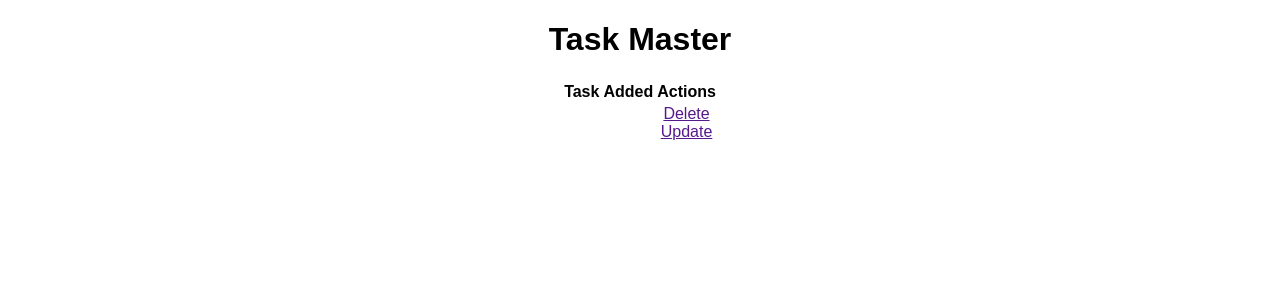
Repository: AnkurDevv/PythonFlask-TaskMaster
Page: http://localhost/
An editor plug-in stored every save of this project. The page is shown before and after the next save, followed by the edit.
The browser window is 1280 px wide. The pictures show the whole page.
The page is served by the project's application, run on Flask 3 (app.py).

Above is the page before, as saved 2020-02-24 16:03:07.

### templates/index.html
{% extends 'base.html' %}

{% block head %}

{% endblock %}

{% block body %}
<div class="content" style="text-align: center">
  <h1>Task Master</h1>

  <table style="margin:0 auto;">
    <tr>
      <th>Task</th>
      <th>Added</th>
      <th>Actions</th>
    </tr>
    <tr>
      <td></td>
      <td></td>
      <td>
        <a href="">Delete</a>
        <br>
        <a href="">Update</a>
      </td>
    </tr>
  </table>
</div>
{% endblock %}

### templates/base.html
<!DOCTYPE html>
<html lang="en">

<head>
  <meta charset="UTF-8">
  <meta name="viewport" content="width=device-width, initial-scale=1.0">
  <meta http-equiv="X-UA-Compatible" content="ie=edge">
  <link rel="stylesheet" href="{{ url_for('static',filename='css/main.css') }}">
  {% block head %}{% endblock %}
</head>

<body>
  {% block body %}

  {% endblock %}
</body>

</html>

### app.py
from flask import Flask, render_template, url_for
from flask_sqlalchemy import SQLAlchemy
from datetime import datetime

app = Flask(__name__)
app.config['SQLALCHEMY_DATABASE_URI'] = 'sqlite:///test.db'
db = SQLAlchemy(app)


class Todo(db.Model):
    id = db.Column(db.Integer, primary_key=True)
    content = db.Column(db.String(200), nullable=False)
    date_created = db.Column(db.DateTime, default=datetime.utcnow)

    def __repr__(self):
        return '<Task %r>' % self.id

# Notice how you define route in python
@app.route('/')
def index():
    return render_template('index.html')


# MAIN PROGRAM START
if __name__ == "__main__":
    app.run(debug=True)

### static/css/main.css
body{
  font-family: sans-serif;
  text-align: center;
}

.content{
  text-align: center;
}

After the next save:
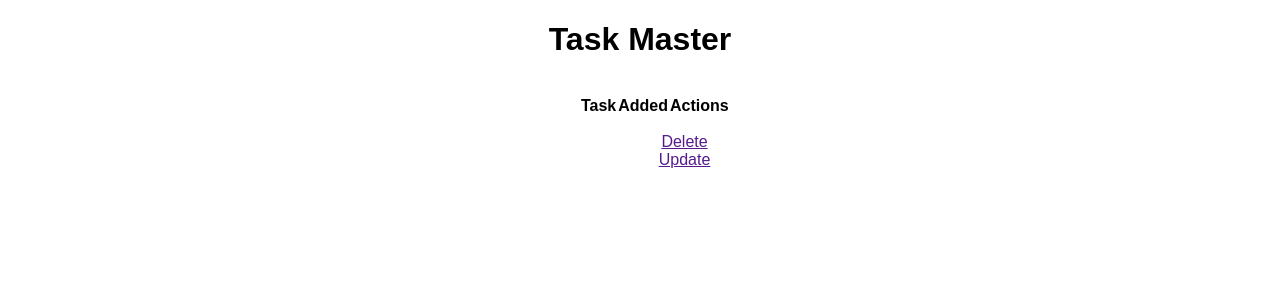
Saved 74 s later.
--- a/static/css/main.css
+++ b/static/css/main.css
@@ -6,3 +6,7 @@ body{
 .content{
   text-align: center;
 }
+
+th{
+  padding: 10%;
+}
